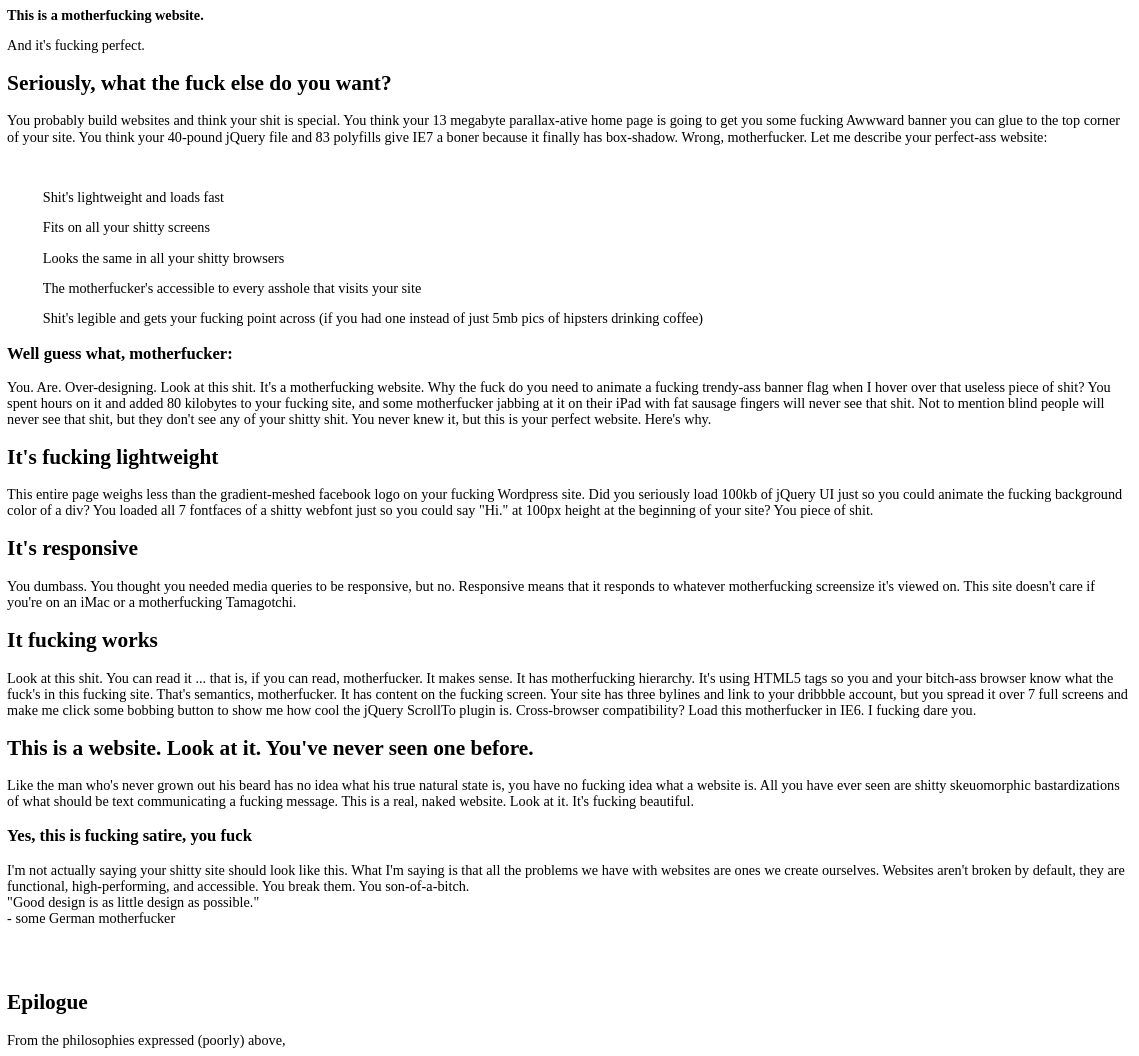
Repository: Ulrichvoitier/Refaire-Google
Page: MotherFuckingWebsite.html
These files come from the project's save history. The page is drawn as it stood at one moment and after the next save; the edit follows.
The browser window is 1280 px wide. The pictures show the whole page, at 89% of full size.

Above is the page before, as saved 2023-01-09 15:39:12.

### MotherFuckingWebsite.html
<html lang="fr">
    <head>
        <meta charset="utf-8">
        <title> <h1>This is a motherfucking website </h1></title>
    </head>
    <body>
       <strong>This is a motherfucking website.</strong>
<p>And it's fucking perfect.</p>
<h2>Seriously, what the fuck else do you want?</h2>
<p>You probably build websites and think your shit is special. You think your 13 megabyte parallax-ative home page is going to get you some fucking Awwward banner you can glue to the top corner of your site. You think your 40-pound jQuery file and 83 polyfills give IE7 a boner because it finally has box-shadow. Wrong, motherfucker. Let me describe your perfect-ass website:</p>
<br>
    <ul>Shit's lightweight and loads fast</ul>
    <ul>Fits on all your shitty screens</ul>
    <ul>Looks the same in all your shitty browsers</ul>
    <ul>The motherfucker's accessible to every asshole that visits your site</ul>
    <ul>Shit's legible and gets your fucking point across (if you had one instead of just 5mb pics of hipsters drinking coffee)</ul>
<h3>Well guess what, motherfucker:</h3>
<p>You. Are. Over-designing. Look at this shit. It's a motherfucking website. Why the fuck do you need to animate a fucking trendy-ass banner flag when I hover over that useless piece of shit? You spent hours on it and added 80 kilobytes to your fucking site, and some motherfucker jabbing at it on their iPad with fat sausage fingers will never see that shit. Not to mention blind people will never see that shit, but they don't see any of your shitty shit.

    You never knew it, but this is your perfect website. Here's why.</p>

<h2>It's fucking lightweight</h2>
<p>This entire page weighs less than the gradient-meshed facebook logo on your fucking Wordpress site. Did you seriously load 100kb of jQuery UI just so you could animate the fucking background color of a div? You loaded all 7 fontfaces of a shitty webfont just so you could say "Hi." at 100px height at the beginning of your site? You piece of shit.</p>

<h2>It's responsive</h2>
<p>You dumbass. You thought you needed media queries to be responsive, but no. Responsive means that it responds to whatever motherfucking screensize it's viewed on. This site doesn't care if you're on an iMac or a motherfucking Tamagotchi.</p>

<h2>It fucking works</h2>
<p>Look at this shit. You can read it ... that is, if you can read, motherfucker. It makes sense. It has motherfucking hierarchy. It's using HTML5 tags so you and your bitch-ass browser know what the fuck's in this fucking site. That's semantics, motherfucker.

    It has content on the fucking screen. Your site has three bylines and link to your dribbble account, but you spread it over 7 full screens and make me click some bobbing button to show me how cool the jQuery ScrollTo plugin is.

    Cross-browser compatibility? Load this motherfucker in IE6. I fucking dare you.</p>

<h2>This is a website. Look at it. You've never seen one before.</h2>
<p>Like the man who's never grown out his beard has no idea what his true natural state is, you have no fucking idea what a website is. All you have ever seen are shitty skeuomorphic bastardizations of what should be text communicating a fucking message. This is a real, naked website. Look at it. It's fucking beautiful.</p>

<h3>Yes, this is fucking satire, you fuck</h3>
<p>I'm not actually saying your shitty site should look like this. What I'm saying is that all the problems we have with websites are ones we create ourselves. Websites aren't broken by default, they are functional, high-performing, and accessible. You break them. You son-of-a-bitch.
<br>
    "Good design is as little design as possible."<br>
    - some German motherfucker</p>
    <br>
    <br>
<h2>Epilogue</h2>
From the philosophies expressed (poorly) above, <a herf="txti was created. You should try it today to make your own motherfucking websites.
    </body>
</html>

After the next save:
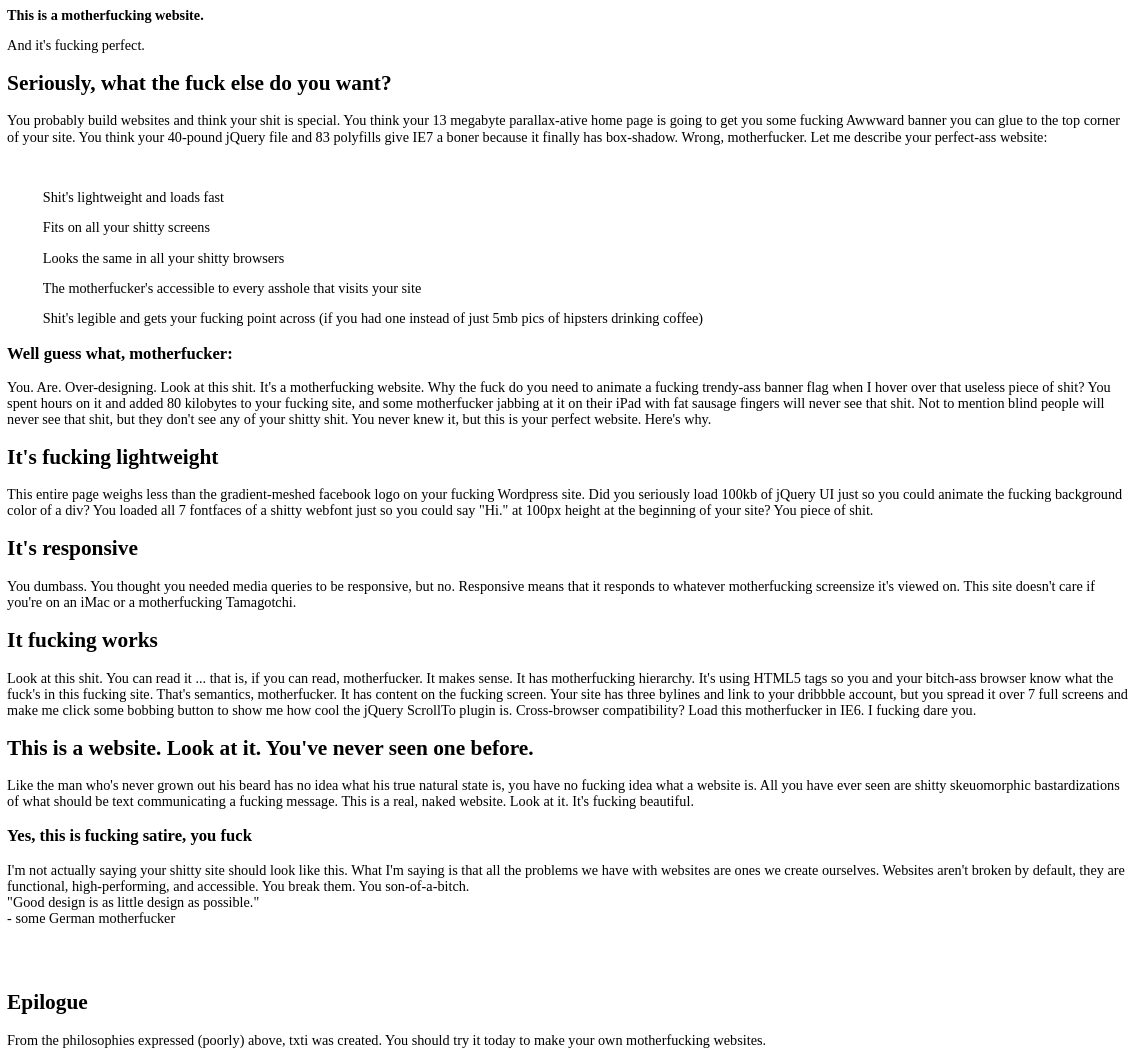
Saved 55 min 53 s later.
--- a/MotherFuckingWebsite.html
+++ b/MotherFuckingWebsite.html
@@ -43,6 +43,6 @@
     <br>
     <br>
 <h2>Epilogue</h2>
-From the philosophies expressed (poorly) above, <a herf="txti was created. You should try it today to make your own motherfucking websites.
+From the philosophies expressed (poorly) above, <a herf="http://txti.es/">txti</a> was created. You should try it today to make your own motherfucking websites.
     </body>
 </html>
